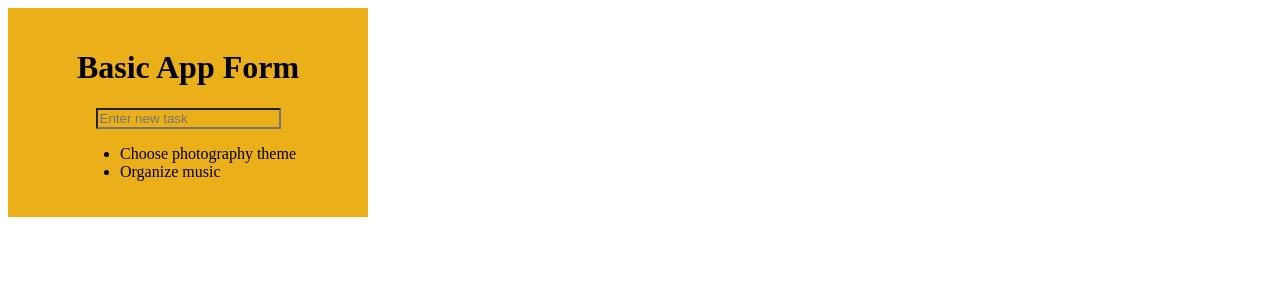
Repository: Kayla-amr/dgm_3760
Page: todoTemplate-W2/index.html
An editor plug-in stored every save of this project. The page is shown before and after a run of saves, followed by the edit.
The browser window is 1280 px wide. The pictures show the whole page.

Above is the page before, as saved 2022-10-17 10:53:46.

### todoTemplate-W2/index.html
<!DOCTYPE html>
<html lang="en">
<head>
    <meta charset="UTF-8">
    <meta http-equiv="X-UA-Compatible" content="IE=edge">
    <meta name="viewport" content="width=device-width, initial-scale=1.0">
    <link rel="stylesheet" href="styles.css">
    <title>Basic Todo App</title>
</head>
<body>
    <main>
    <div class="taskForm">
        <h1 class="formTitle"></h1>
        <input class ="userInput"  type="text" placeholder="Enter new task">
        <ul class='tasks'>
        </ul>
    </main>

    </div>
</body>
<script src="/todoTemplate-W2/index.js"></script>
</html>

### todoTemplate-W2/styles.css
.taskForm{
    background-color: #eaaf19;
    padding: 20px;
    width: 20rem;
    display: flex;
    flex-direction: column;
    justify-content: center;
    align-items: center;
}
.userInput{
    background-color: #eaaf1900;
    border: 1px solid #;
}

### todoTemplate-W2/index.js
let myList = [
  {
    id: 0,
    name: "Choose photography theme",
    category: "Homework",
    due_date: "Tomorrow",
    status: false,
  },
  {
    id: 1,
    name: "Organize music",
    category: "Chores",
    due_date: "Wednesday",
    status: false,
  },
];

//app title
document.querySelector(".formTitle").innerText = "Basic App Form";



//view todods
myList.forEach(function(myTask){
  document.querySelector('.tasks').innerHTML += `<li> ${myTask.name} </li>`;
});


//add todos
function addTask(){
  myList = myList.map(function(newTask){
    newTask = []
  })
}

// myTask(myList, (num) => {
//   console.log (num)
// })

After the next 2 saves:
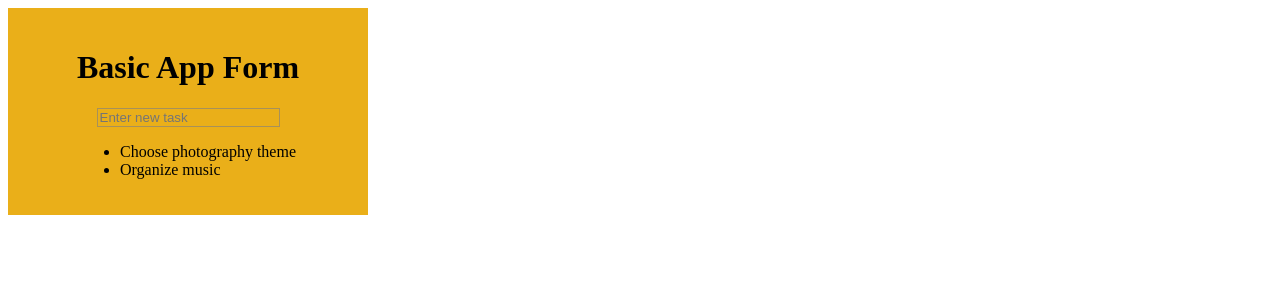
The 2 saves are shown as one change because they came seconds apart.
The last was saved 13 s later.
--- a/todoTemplate-W2/styles.css
+++ b/todoTemplate-W2/styles.css
@@ -9,5 +9,5 @@
 }
 .userInput{
     background-color: #eaaf1900;
-    border: 1px solid #;
+    border: 1px solid rgba(128, 128, 128, 0.63);
 }
